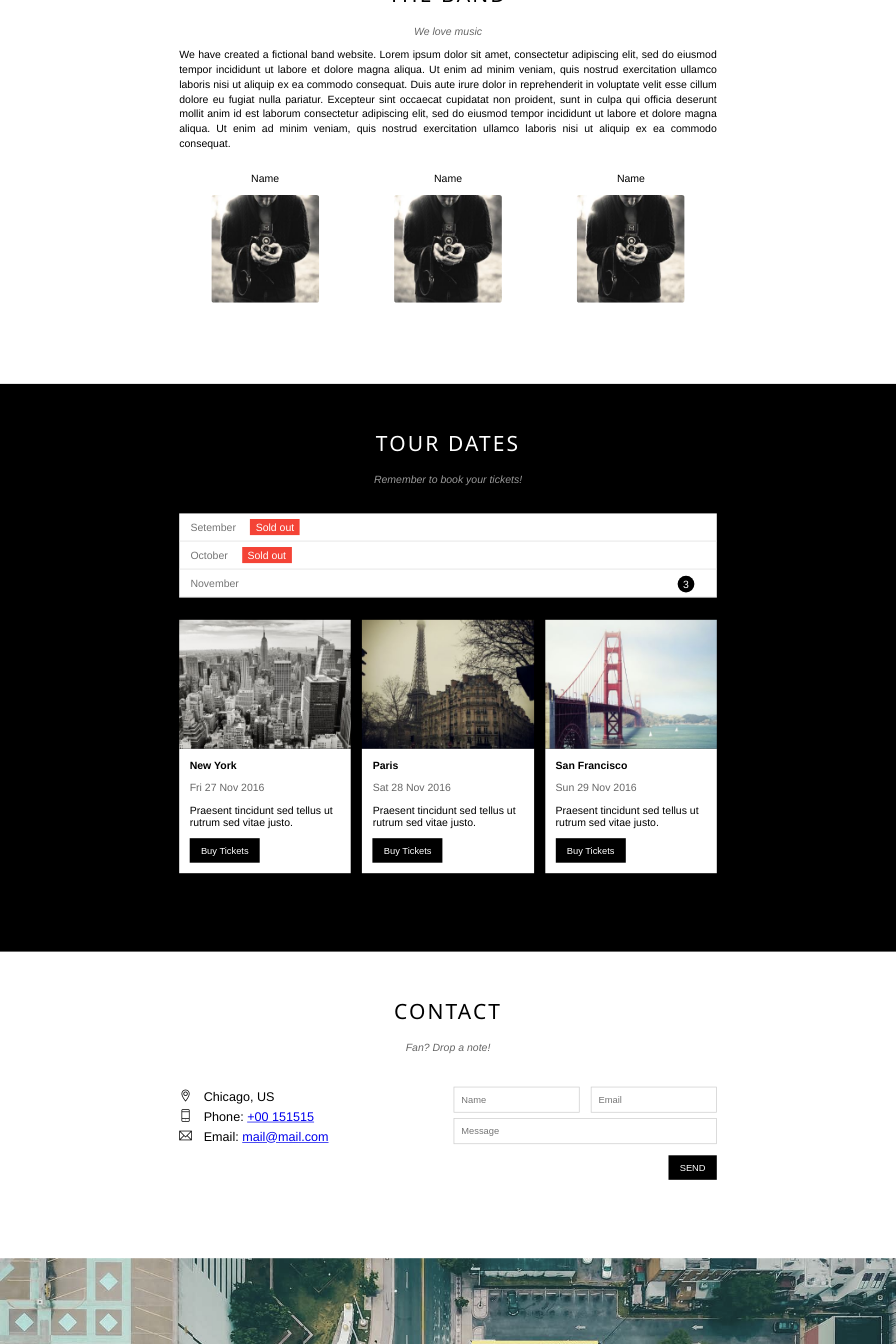
Repository: Lehau79/w3_band
Page: index.html
An editor plug-in stored every save of this project. The page is shown before and after the next save, followed by the edit.
The browser window is 1280 px wide. The pictures show the part of the page from y = 778 to 2698 px (the page is 3488 px tall before and 3520 px after), at 70% of full size.

Above is the page before, as saved 2021-11-21 16:53:03.

### index.html
<!DOCTYPE html>
<html lang="en">
<head>
    <meta charset="UTF-8">
    <meta http-equiv="X-UA-Compatible" content="IE=edge">
    <meta name="viewport" content="width=device-width, initial-scale=1.0">
    <title>THE BAND</title>
    <link rel="icon" href="#" type="image/x-icon" />
    <link rel="stylesheet" href="./assets/css/style.css">
    <link rel="stylesheet" href="./assets/css/responsive.css">
    <link rel="stylesheet" href="/assets/font/themify-icons/themify-icons.css">
</head>
<body>
    <div id="main">
        <div id="header">
            <!-- Beign: Nav -->
            <ul id="nav">
                <li><a href="#">Home</a></li>
                <li><a href="#band">Band</a></li>
                <li><a href="#tour">Tour</a></li>
                <li><a href="#contain">Contact</a></li>
                <li>
                    <a href="#">
                        More
                    <i class="nav-arrow-down ti-angle-down"></i>
                    </a>
                    <ul class="subnav">
                        <li><a href="#">Merchandise</a></li>
                        <li><a href="#">Extras</a></li>
                        <li><a href="#">Media</a></li>
                    </ul>
                </li>
            </ul>
            <!-- End: Nav -->

            <!-- Begin: Search button -->
                <div class="search-btn">
                    <i class="search-icon ti-search"></i>
                </div>
            <!-- End: Search button -->

            <!-- Begin: Mobile-menu-btn -->
            <div id="mobile-menu" class="mobile-menu-btn">
                <i class="menu-icon ti-menu"></i>
            </div>
            <!-- End: Mobile-menu-btn -->

        </div>
            <!-- Begin: Slider-->
        <div id="slider">
            <div class="text-content">
                <h2 class="text-heading">Chicago</h2>
                <div class="text-description">Thank you, Chicago - A night we won't forget.</div>
            </div>
        </div>
            <!-- End: Slider -->

            <!-- Begin: Content-->
        <div id="content">

            <!-- Begin: TheBand Section-->
            <div class="content-section" id="band">
                <h2 class="content-heading">THE BAND</h2>
                <p class="content-sub-heading">We love music</p>
                <p class="about-text">We have created a fictional band website. Lorem ipsum dolor sit amet, consectetur adipiscing elit, sed do eiusmod tempor incididunt ut labore et dolore magna aliqua. Ut enim ad minim veniam, quis nostrud exercitation ullamco laboris nisi ut aliquip ex ea commodo consequat. Duis aute irure dolor in reprehenderit in voluptate velit esse cillum dolore eu fugiat nulla pariatur. Excepteur sint occaecat cupidatat non proident, sunt in culpa qui officia deserunt mollit anim id est laborum consectetur adipiscing elit, sed do eiusmod tempor incididunt ut labore et dolore magna aliqua. Ut enim ad minim veniam, quis nostrud exercitation ullamco laboris nisi ut aliquip ex ea commodo consequat.</p>
                <div class="row members-list">
                    <div class="col col-third s-col-full mt-32 text-center">
                        <p class="member-name">Name</p>
                        <img src="./assets/images/Band/Member1.jpg" alt="LVH" class="member-img">
                    </div>
                    <div class="col col-third s-col-full mt-32 text-center">
                        <p class="member-name">Name</p>
                        <img src="./assets/images/Band/Member1.jpg" alt="LVH" class="member-img">
                    </div>
                    <div class="col col-third s-col-full mt-32 text-center">
                        <p class="member-name">Name</p>
                        <img src="./assets/images/Band/Member1.jpg" alt="LVH" class="member-img">
                    </div>
                </div>
            </div>
            <!--End: TheBand Section-->

            <!-- Begin: Tour Section-->
            <div class="tour-section" id="tour">
                <div class="content-section">
                    <h2 class="content-heading text-white">TOUR DATES</h2>
                    <p class="content-sub-heading text-white">Remember to book your tickets!</p>

                    <ul class="tickets-list">
                        <li>Setember <span class="sold-out">Sold out</span></li>
                        <li>October <span class="sold-out">Sold out</span></li>
                        <li>November <span class="sold-quatity">3</span></li>
                    </ul>

                    <!--Begin :Tour Places Section-->
                    <div class="row place-list">
                        <div class="col col-third s-col-full mt-16">
                            <img src="./assets/images/Places/Place1.jpg" alt="New York" class="place-img">
                            <div class="place-body">
                                <h3 class="place-heading">New York</h3>
                                <p class="place-time">Fri 27 Nov 2016</p>
                                <p class="place-desc">Praesent tincidunt sed tellus ut rutrum sed vitae justo.</p>
                                <button class="btn s-full-width js-buy-ticket">Buy Tickets</button>
                            </div>
                        </div>

                        <div class="col col-third s-col-full mt-16">
                            <img src="./assets/images/Places/Place2.jpg" alt="New York" class="place-img">
                            <div class="place-body">
                                <h3 class="place-heading">Paris</h3>
                                <p class="place-time">Sat 28 Nov 2016</p>
                                <p class="place-desc">Praesent tincidunt sed tellus ut rutrum sed vitae justo.</p>
                                <button class="btn s-full-width js-buy-ticket">Buy Tickets</button>
                            </div>
                        </div>

                        <div class="col col-third s-col-full mt-16">
                            <img src="./assets/images/Places/place3.jpg" alt="New York" class="place-img">
                            <div class="place-body">
                                <h3 class="place-heading">San Francisco</h3>
                                <p class="place-time">Sun 29 Nov 2016</p>
                                <p class="place-desc">Praesent tincidunt sed tellus ut rutrum sed vitae justo.</p>
                                <button class="btn s-full-width js-buy-ticket">Buy Tickets</button>
                            </div>
                        </div>


                    </div>
                    <!--End: Tour Places Section-->
                </div>
            </div>
            <!-- End: Tour Place Section-->


            <!-- Begin: Contact Section-->
            <div class="content-section" id="contain" >
                <h2 class="content-heading">CONTACT</h2>
                <p class="content-sub-heading">Fan? Drop a note!</p>

                <div class="row  contact-content">
                    <div class="col col-half s-col-full contact-info">
                        <p><i class="ti-location-pin"></i> Chicago, US</p>
                        <p><i class="ti-mobile"></i>  Phone: <a href="tel:+00 151515">+00 151515</a></p>
                        <p><i class="ti-email"></i> Email: <a href="mailto:mail@mail.com">mail@mail.com</a></p>

                    </div>
                    <div class="col col-half s-col-full contact-form">
                        <form action="">
                            <div class="row">
                                <div class="col col-half s-col-full">
                                    <input type="text" name="" id="" required class="form-control" placeholder="Name">
                                </div>
                                <div class="col col-half s-col-full s-mt-8">
                                    <input type="email" name="" id="" required class="form-control" placeholder="Email">
                                </div>
                            </div>
                            <div class="row mt-8">
                                <div class="col col-full">
                                    <input type="text" name="" id="" required class="form-control" placeholder="Message">
                                </div>
                            </div>
                            <input class="btn s-full-width mt-16 pull-right" type="submit" value="SEND" />
                        </form>
                    </div>
            </div>
            </div>
            <!-- End: Contact Section-->

            <div class="image-section">
                <img src="./assets/images/Map/map.jpg" alt="Map">
            </div>
        </div>
        <!-- End: Content Section-->

        <!-- Begin: Footer-->
        <div id="footer">
            <div class="socials-list">
                <a href=""><i class="ti-facebook"></i></a>
                <a href=""><i class="ti-instagram"></i></a>
                <a href=""><i class="ti-youtube"></i></a>
                <a href=""><i class="ti-pinterest"></i></a>
                <a href=""><i class="ti-twitter"></i></a>
                <a href=""><i class="ti-linkedin"></i></a>
            </div>
            <p class="copyright">Powered by <a href="">w3.css</a></p>
        </div>
        <!--End :Footer-->
    </div>

    <div class="modal js-modal">
        <div class="modal-container js-modal-container">
            <div class="modal-close js-modal-close">
                <i class="ti-close"></i>
            </div>
            <header class="modal-header">
                <i class="modal-heading-icon ti-bag"></i>
                Tickets
            </header>
            <div class="modal-body">
                <label for="ticket-quality" class="modal-label">
                    <i class="ti-shopping-cart"></i>
                    Tickets, $15 per person
                </label>
                <input type="text"  id="ticket-quality" class="modal-input" placeholder="How many?">

                <label for="ticket-email" class="modal-label">
                    <i class="ti-user"></i>
                    Send to
                </label>
                <input type="email"  id="ticket-email" class="modal-input" placeholder="Enter email ......">

                <button class="buy-tickets">
                    Pay <i class="ti-check"></i>
                </button>
            </div>
            <footer class="modal-footer">
                <p class="modal-help">Need
                    <a href="#">help?</a>
                </p>
            </footer>
        </div>
    </div>
    <script>
        /* Begin: Modal */
        const buyBtns = document.querySelectorAll('.js-buy-ticket')
        const modal = document.querySelector('.js-modal')
        const modalClose = document.querySelector('.js-modal-close')
        const modalContainer = document.querySelector('.js-modal-container')
        function showBuyTickets() {
            modal.classList.add('open')
        }

        function hideBuyTickes() {
            modal.classList.remove('open')
        }

        for(const buyBtn of buyBtns) {
            buyBtn.addEventListener('click',showBuyTickets)
        }

        modalClose.addEventListener('click',hideBuyTickes)

        modal.addEventListener('click',hideBuyTickes)

        modalContainer.addEventListener('click', function (event) {
            event.stopPropagation()
        })
        /* End: Modal */

        /* Đóng mở Mobile Menu */
        var header = document.getElementById('header')
        var mobileMenu = document.getElementById('mobile-menu')
        var headerHeight = header.clientHeight;

        mobileMenu.onclick = function() {
            var isClosed = header.clientHeight === headerHeight ;
            if (isClosed){
                header.style.height = "auto";
            }   else {
                header.style.height = null;
            }
        }

        /* Tự động đóng khi chọn menu */
        var menuItems = document.querySelectorAll('#nav li a[href*="#"]');
        for(var i = 0 ; i < menuItems.length; i++) {
            var menuItem = menuItems[i];

            menuItem.onclick = function(event) {
                var isParentMenu = this.nextElementSibling && this.nextElementSibling.classList.contains('subnav');
                if(isParentMenu){
                    event.preventDefault();
                } else {
                    header.style.height= null;
                }

            }
        }

    </script>
</body>
</html>

### assets/css/style.css
* {
    padding: 0;
    margin: 0;
    box-sizing: border-box;
}

html {
    scroll-behavior: smooth;
    font-family: Helvetica, Arial, sans-serif;
}

/* Common */
.clear {
    clear: both;
}

.text-white {
    color: #fff !important;
}

.text-center {
    text-align: center !important;
}

.pull-right {
    float: right !important;
}

.btn {
    color: #fff;
    background-color: #000;
    padding: 10px 16px;
    text-decoration: none;
    display: inline-block;
    margin-top: 15px;
    border: none;
}

.btn:hover {
    color: #000;
    background-color: #ccc;
    cursor: pointer;
}

.row {
    margin-left: -8px;
    margin-right: -8px;
}

.row::after {
    content: "";
    display: block;
    clear: both;
}
.col {
    float: left;
    padding-left: 8px;
    padding-right: 8px;
}

.col-third {
    width: 33.3333%;
}

.col-half {
    width: 50%;
}

.col-full {
    width: 100%;
}

.mt-8 {
    margin-top: 8px !important;
}
.mt-16 {
    margin-top: 16px !important;
}

/* Main */

#header {
    height: 46px;
    background-color: #000;
    position: fixed;
    top: 0px;
    left: 0px;
    right: 0px;
    z-index: 1;
    overflow: hidden;
}

#nav {
    display: inline-block;
}

#nav , .subnav {
    list-style-type: none;
}

#nav > li {
    display: inline-block;
}
#nav li {
    position: relative;
}
#nav > li > a {
    color: #fff;
    text-transform: uppercase;
}
#nav li a {
    text-decoration: none;
    line-height: 46px;
    padding: 0 24px;
    display: block;
}

#nav li:hover .subnav {
    display: block;
}

#nav > li:hover > a,
#nav .subnav li:hover a {
    color: #000;
    background-color: #ccc;
}

#nav .subnav {
    display: none;
    position: absolute;
    min-width: 160px;
    background-color: #fff;
    top: 100%;
    box-shadow: 0px 0px 10px rgba(0 ,0,0,0.5);
}

#nav .subnav a {
    color: #000;
    padding: 0 12px;
    line-height: 38px;
}
#nav .nav-arrow-down {
    font-size: 14px;
}

#header .mobile-menu-btn {
    position: absolute;
    top: 0;
    right: 0;
    display: none;
}

#header .mobile-menu-btn,
#header .search-btn {
    float: right;
    padding: 0px 21px;
}

#header .search-btn:hover {
    cursor: pointer;
    background-color: #f44336;
}

#header .mobile-menu-btn:hover {
    background-color: #ccc;
}

#header .mobile-menu-btn:hover .menu-icon {
    color: #000;
}

#header .menu-icon,
#header .search-icon {
    color: #fff;
    font-size: 20px;
    line-height: 46px;
}

#slider {
    margin-top: 46px;
    padding-top: 50%;
    background: url('/assets/images/Slider/Slider1.jpg') top center / cover no-repeat;
    position: relative;
}

#slider .text-content {
    position: absolute;
    color: #fff;
    bottom: 47px;
    /** Cach 1 : Canh giua
    width: 100%;
    */
    /** Cach 2 : Canh giua
    left: 0;
    right: 0;
     */
    /** Cach 3: Canh giua */
    left: 50%;
    transform: translateX(-50%);
    text-align: center;
}

#slider .text-heading {
    font-weight: 500;
    font-size: 24px;
}

#slider .text-description {
    font-size: 15px;
    margin-top: 25px;

}


#content .content-section{
    width: 800px;
    max-width: 100%;
    padding: 64px 0px 112px;
    margin-left: auto;
    margin-right: auto;
    padding-left: 16px;
    padding-right: 16px;
}
#content .content-heading{
    text-align: center;
    font-size: 30px;
    font-weight: 400;
    letter-spacing: 3px;
    font-family: 'Segoe UI', Arial,sans-serif;
}
#content .content-sub-heading{
    text-align: center;
    margin-top: 23px;
    opacity: 0.6;
    font-style: italic;
    font-size: 15px;
}
#content .about-text{
    text-align:justify;
    margin: 15px 0px;
    font-size: 15px;
    line-height: 1.4;
}

#content .members-list{
    margin-top: 32px;
}

#content .member-name{
    font-size: 15px;
}

#content .member-img{
    margin-top: 15px;
    width: 154px;
    border-radius: 4px;
}

/** Tour */
.tour-section {
    background-color: #000;
}

.tickets-list {
    margin-top: 40px;
    background-color: #fff;
    font-size: 15px;
}

.tickets-list li {
    padding: 8px 16px;
    color: #757575;
    list-style: none;
    padding: 11px 16px;
    border-bottom: 1px solid #ddd;
}

.tickets-list .sold-out {
    margin-left: 16px;
    background-color: #f44336;
    color: #fff;
    padding: 3px 8px;
}

.tickets-list .sold-quatity {
    float: right;
    height: 24px;
    width: 24px;
    background-color: #000;
    color: #fff;
    border-radius: 50%;
    text-align: center;
    line-height: 24px;
    margin-top: -2px;
    margin-right: 16px;
}
/* Place */
.place-list {
    margin-top: 16px;
}


.place-img {
    width: 100%;
    display: block;
}

.place-img:hover {
    opacity: 0.6;
}

.place-body {
    background-color: #fff;
    font-size: 15px;
    padding: 15px;
}

.place-heading {
    font-size: 15px;
    font-weight: 600;
}

.place-time {
    margin-top: 15px;
    opacity: 0.6;
}

.place-desc {
    margin-top: 15px;
}


/* Contact from*/
.contact-content {
    margin-top: 48px;
}

.contact-info {
    font-size: 18px;
    line-height: 1.6;
}

.contact-info i[class*="ti-"] {
    width:30px;
    display: inline-block;
}

.contact-form {
    font-size: 15px;
}

.contact-form .form-control {
    padding: 10px;
    border: 1px solid #ccc;
    width: 100%;
}

.image-section img {
    width: 100%;
    filter: grayscale(50%);
}

#footer {
   padding: 64px 16px;
   text-align: center;
}

#footer .socials-list {
    font-size: 24px;

}

#footer .socials-list a {
    text-decoration: none;
    color: rgba(0 ,0,0,0.6);
}
#footer .copyright a:hover,
#footer .socials-list a:hover {
    color: rgba(0 ,0,0,0.4);
}

#footer .copyright {
    font-size: 15px;
    color: rgba(0 ,0,0,0.6);
    margin-top: 15px;
}

#footer .copyright a {
    color: rgba(0 ,0,0,0.6);
}

/* Modal */
.modal {
    position: fixed;
    top: 0;
    right: 0;
    left: 0;
    bottom: 0;
    background-color: rgba(0 ,0,0,0.5);
    align-items: center;
    justify-content: center;
    display: none;
}

.modal.open {
    display: flex;
}
.modal-container {
    background-color: #fff;
    width: 900px;
    max-width: calc( 100% - 32px );
    min-height: 200px;
    position: relative;
    animation: modalFadeIn ease 0.6s;
}

.modal-header {
    background: #009688;
    height: 130px;
    display: flex;
    align-items: center;
    justify-content: center;
    font-size: 30px;
    color: #fff;
}
.modal-close {
    position: absolute;
    right: 0;
    top: 0;
    color: #fff;
    padding: 12px;
}

.modal-close:hover {
    color:#000;
    background-color: #ccc;
    cursor: pointer;
}

.modal-heading-icon {
    margin-right: 16px;
}

.modal-body {
    padding: 16px;
}

.modal-label {
    display: block;
    font-size: 15px;
    margin-bottom: 12px;
}

.modal-input {
    border: 1px solid #ccc;
    width: 100%;
    padding: 10px;
    font-size: 15px;
    margin-bottom: 24px;
}

.buy-tickets {
    background: #009688;
    color: #fff;
    border: none;
    font-size: 15px;
    width: 100%;
    text-transform: uppercase;
    padding: 18px;
}

.buy-tickets:hover {
    opacity: 0.9;
    cursor: pointer;
}
.modal-footer {
    padding: 16px;
    text-align: right;

}

.modal-footer a {
    color: #2196F3;
}

@keyframes modalFadeIn {
    from {
        transform: translateY(-130px);
        opacity: 0;
    }
    to {
        opacity: 1;
        transform: translateY(0px);
    }
}

### assets/css/responsive.css
/* PC */
@media (min-width:1024px) {

}

/* Tablet */

@media (min-width:740px) and (max-width:1023px) {

}

/* Mobile */
@media (max-width:740px) {
    .s-col-full {
        width: 100%;
    }

    #header {
        overflow: hidden;
    }

    #header .mobile-menu-btn {
        display: block;
    }

    #header .search-btn {
        display: none;
    }

    #nav {
        display: block;
    }

    #nav li a {
        padding: 1px 24px;
    }

    #nav > li {
        display: block;
    }

    #nav >li:first-child {
        display: inline-block;
    }

    #nav .subnav {
        position: initial;
        background-color: #000;
    }

    #nav .subnav a {
        padding: 5px 41px;
        color: #fff;
    }

    #content .member-item {
        margin-top: 30px;
        width: 100%;
    }

    #content .member-img {
        width: 60%;
    }

}

Loaded but not shown: assets/font/themify-icons/themify-icons.css (common file)

After the next save:
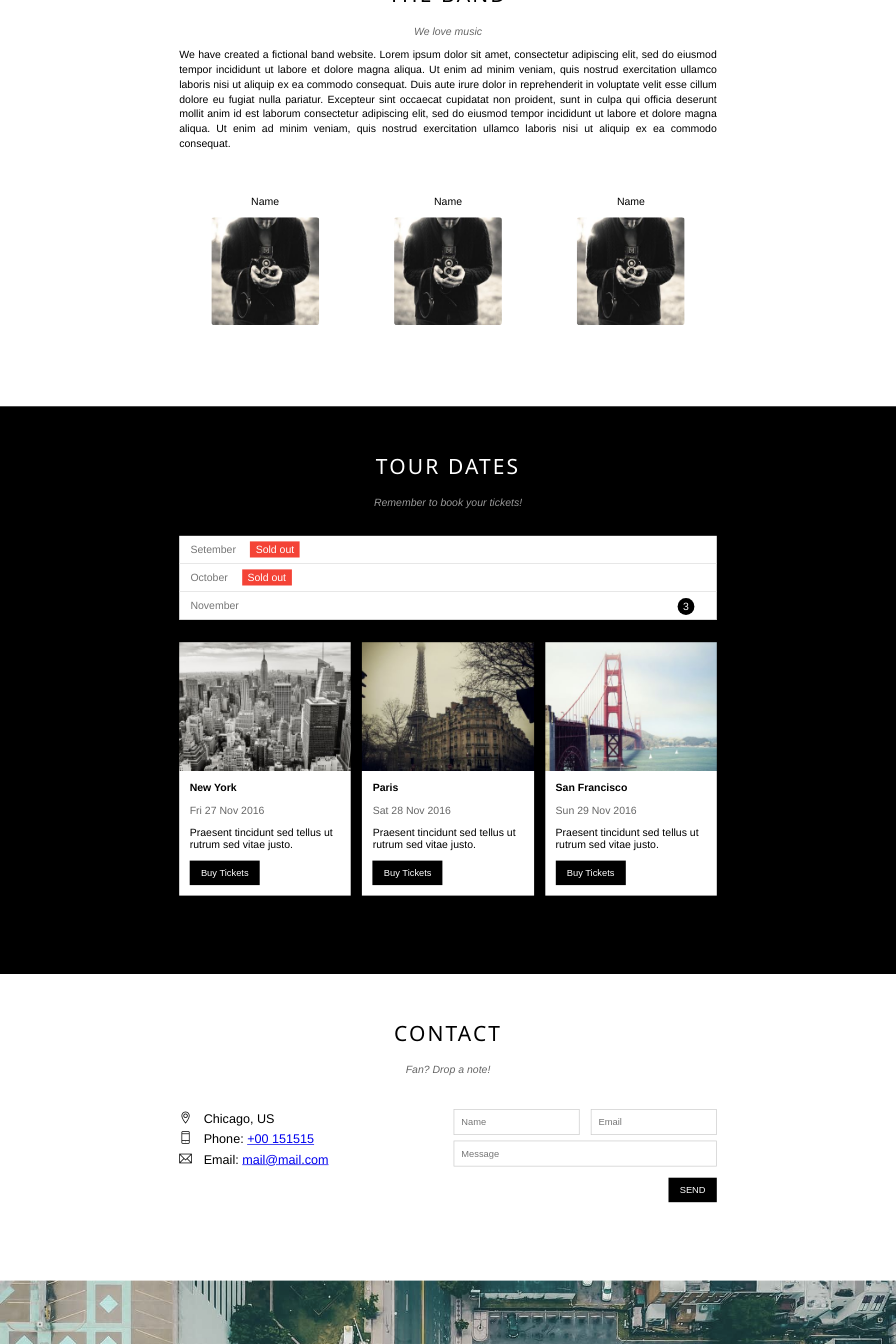
Saved 74 s later.
--- a/assets/css/style.css
+++ b/assets/css/style.css
@@ -77,6 +77,9 @@
     margin-top: 16px !important;
 }
 
+.mt-32 {
+    margin-top: 32px !important;
+}
 /* Main */
 
 #header {
